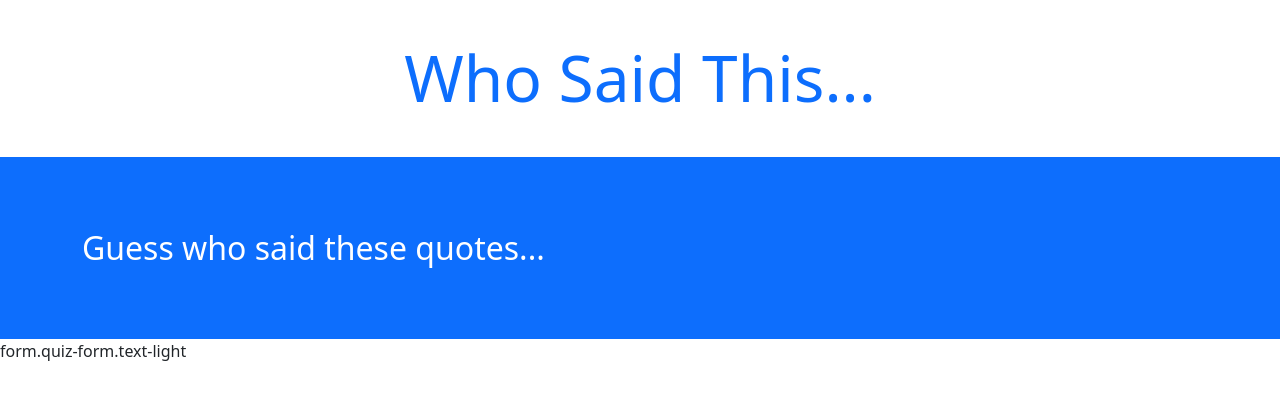
Repository: julihocc/netninja-quiz
Page: index.html
These files come from the project's save history. The page is drawn as it stood at one moment and after the next save; the edit follows.
The browser window is 1280 px wide. The pictures show the whole page.

Above is the page before, as saved 2022-09-27 19:12:02.

After the next save:
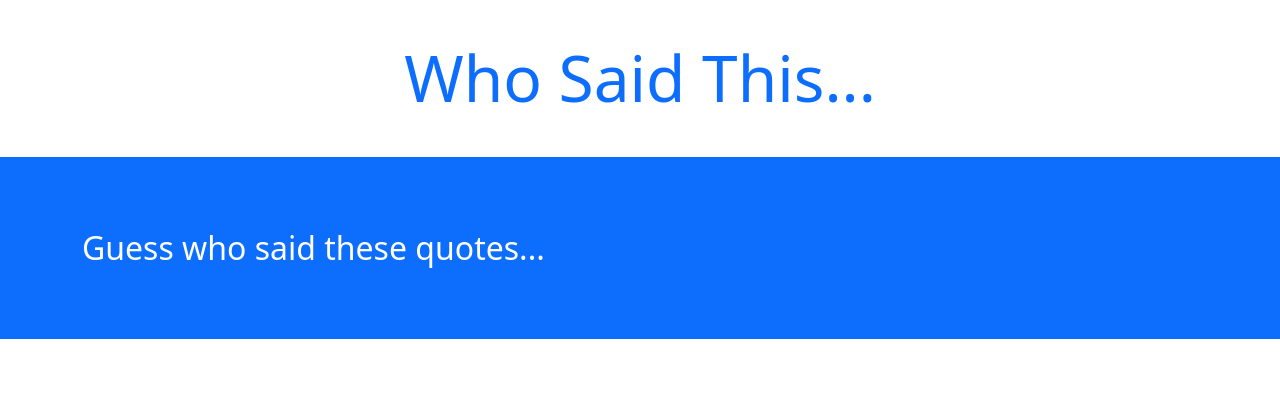
Saved 4 s later.
--- a/index.html
+++ b/index.html
@@ -31,7 +31,7 @@
         </div>
     </div>
 
-    form.quiz-form.text-light
+    <form action="" class="quiz-form text-light"></form>
     <script src="app.js"></script>
 </body>
 
